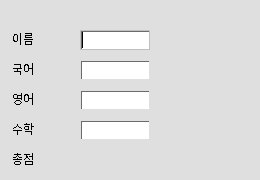
Repository: Wanghyemin/JAVA
Program's window: java demo/src/com/day17/Test5.java
An editor plug-in stored every save of this project. The program's window is shown before and after the next save, followed by the edit.
It runs on Java 21 on a 1366 x 768 screen with the Metal look.

Above is the program's window before, as saved 2022-01-13 05:22:09.

### demo/src/com/day17/Test5.java
package com.day17;

import java.awt.Button;
import java.awt.Frame;
import java.awt.Label;
import java.awt.TextField;
import java.awt.event.ActionEvent;
import java.awt.event.ActionListener;
import java.awt.event.WindowAdapter;
import java.awt.event.WindowEvent;

public class Test5 extends Frame implements ActionListener {

	private static final long serialVersionUID = 1L;

	private TextField[] tf = new TextField[4];
	private Label result = new Label("", Label.LEFT);
	private Button btn1, btn2;

	public Test5() {

		String[] title = { "이름", "국어", "영어", "수학", "총점" };

		setLayout(null); // 수동으로 넣을테니 초기화 해놔

		for(int i=0;i<5;i++) { //이름,국어,영어,수학,총점 총 다섯개

			Label lbl = new Label();

			lbl.setText(title[i]);

			lbl.setBounds(10, (i+1)*30, 50, 20);

			add(lbl);

			if(i!=4) {

				tf[i] = new TextField(); // 클래스를 배열에 넣음
				tf[i].setBounds(80, (i+1)*30, 70, 20);
				//
				add(tf[i]);


			}else {
				result.setBounds(80, (i+1)*30,70,20);
				add(result);
			}




		}



		addWindowListener(new WindowAdapter() {
			@Override
			public void windowClosing(WindowEvent e) {
				System.exit(0);
			}

		});

		setTitle("성적처리");
		setSize(260, 180);
		setResizable(false);
		setVisible(true);





	}

	public static void main(String[] args) {
		new Test5();
	}

	@Override
	public void actionPerformed(ActionEvent e) {
	}

}

After the next save:
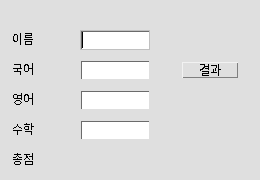
Saved 14 min 36 s later.
--- a/demo/src/com/day17/Test5.java
+++ b/demo/src/com/day17/Test5.java
@@ -46,11 +46,17 @@
 				add(result);
 			}
 
+		}
 
 
+		// 버튼
+		btn1 = new Button("결과");
+		btn1.setBounds(180, 30, 60, 20);
+		add(btn1);
 
-		}
-
+		btn2 = new Button("종료");
+		btn1.setBounds(180, 60, 60, 20);
+		add(btn2);
 
 
 		addWindowListener(new WindowAdapter() {
